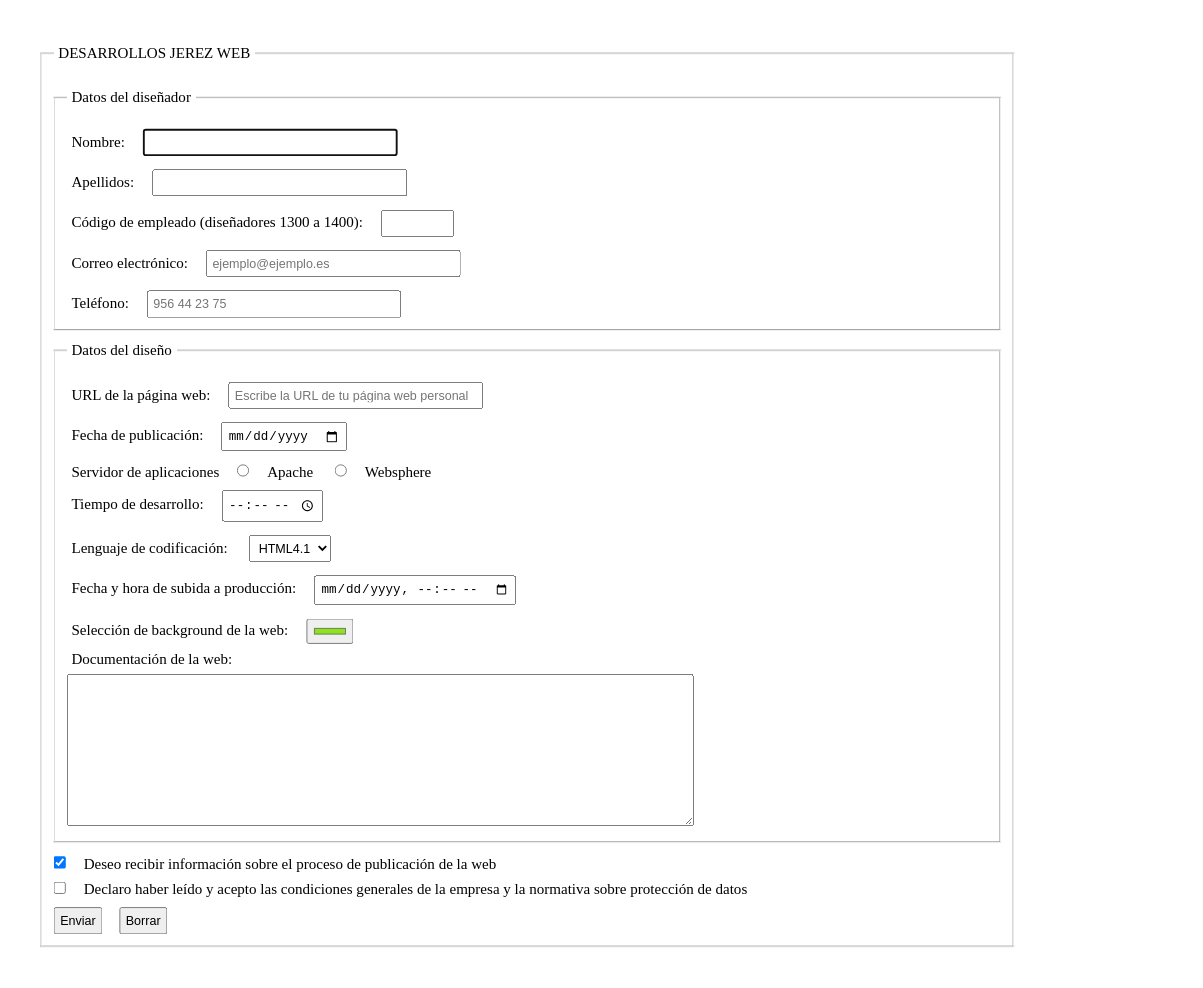
Repository: iSaan86/EV_Practica_FormularioCSS
Page: index.html
These files come from the project's save history. The page is drawn as it stood at one moment and after the next save; the edit follows.
The browser window is 1280 px wide. The pictures show the whole page, at 94% of full size.

Above is the page before, as saved 2024-01-11 17:34:09.

### index.html
<!DOCTYPE html>
<html lang="es-ES">

<head>
    <meta charset="UTF-8">
    <meta name="viewport" content="width=device-width, initial-scale=1.0">
    <meta name="keywords" content="formulario, html, css, practica">
    <meta name="description" content="Formularios">
    <meta name="author" content="Alexandra Ferrera Arenas">
    <link rel="icon" type="image/x-icon" href="img/logo-giro.png">
    <link rel="stylesheet" href="css/estilo.css">
    <title> Desarrollos JEREZ WEB </title>
</head>

<body>
    <!-- ABRO FORMULARIO -->
    <form method="get" action="" name="formulario1" id="formulario1">
        <!--AGRUPACION GENERAL-->
        <fieldset>
            <legend class="datos">DESARROLLOS JEREZ WEB</legend>
            <fieldset><legend class="datos2">Datos del diseñador</legend>
                <label for="nombre">Nombre:</label><input type="text" id="nombre" name="nombre" alt="indique su nombre" size="30%" autofocus required maxlength="50"><br>
                <label for="apellidos">Apellidos:</label><input type="text" id="apellidos" name="apellidos" alt="indique sus apellidos" size="30%" required maxlength="50"><br>
                <label for="codigo">Código de empleado (diseñadores 1300 a 1400):</label><input type="number" id="codigo" name="codigo" alt="indique su código de empleado" required min="1300" max="1400"><br>
                <label for="email">Correo electrónico:</label><input type="email" id="email" name="email" alt="indique su email" size="30%" placeholder="ejemplo@ejemplo.es" required><br>
                <label for="telefono">Teléfono:</label><input type="tel" id="telefono"  name="telefono" alt="indique su telefono" size="30%" placeholder="956 44 23 75"><br>
            </fieldset>
            <fieldset><legend class="datos2">Datos del diseño</legend>
                <label for="url">URL de la página web:</label><input type="url" id="url" name="url" alt="indique la URL de tu pagina web personal" size="30%" placeholder="Escribe la URL de tu página web personal"><br>
                <label for="fecha">Fecha de publicación:</label><input type="date" name="fecha" id="fecha"><br>
                <label for="servidor">Servidor de aplicaciones</label><input type="radio" id="apache" name="servidor" alt="verificar apache" value="Apache"><label for="hombre">Apache</label>
                <input type="radio" id="websphere" name="servidor" alt="verificar websphere" value="Websphere"><label for="mujer">Websphere</label><br>
                <label for="tiempo">Tiempo de desarrollo:</label><input type="time" name="tiempo" id="tiempo"><br>
                <label for="lenguaje">Lenguaje de codificación:</label>
                <select id="lenguaje" name="lenguaje" alt="Elija lenguaje de codificación"><br>
                    <option value="html4.1">HTML4.1</option>
                    <option value="xhtml">XHTML</option>
                    <option value="html5">HTML5</option>
                </select><br>
                <label for="fechayhora">Fecha y hora de subida a producción:</label><input type="datetime-local" name="fechayhora" size="30%"><br>
                <label for="fondo">Selección de background de la web:</label><input type="color" name="fondo" size="30%" value="#8ee41b"><br>
                <label for="areatexto">Documentación de la web:</label><br>
                <textarea name="areatexto" cols="80" rows="10"></textarea>
            </fieldset>
            <input type="checkbox" name="acepto1" id="acepto1" alt="Check acepto recibir información" checked><label for="acepto1">Deseo recibir información sobre el proceso de publicación de la web</label><br>
            <input type="checkbox" name="acepto2" id="acepto2" alt="Check acepto condiciones"><label for="acepto1">Declaro haber leído y acepto las condiciones generales de la empresa y la normativa sobre protección de datos</label><br>
            <input type="submit" value="Enviar" alt="enviar formulario">
            <input type="reset" value="Borrar" alt="Borrar formulario">




        </fieldset>
    </form>




</body>





</html>

### css/estilo.css
@charset "UTF-8";

/* Para todo el html */
*{
    padding: 5px;
    margin:7px;
}
body{
    padding-right: 13%;
}

After the next save:
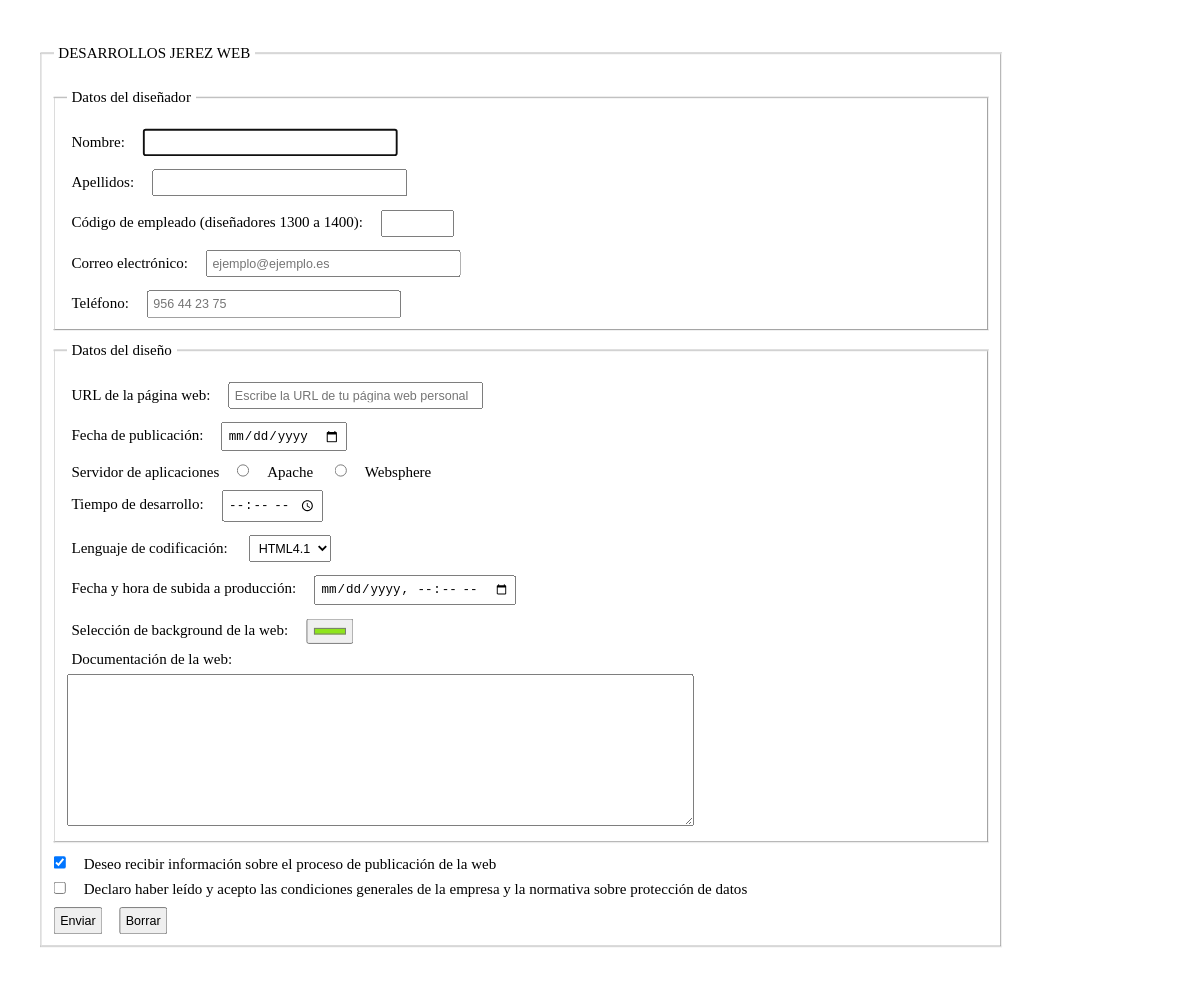
Saved 10 s later.
--- a/css/estilo.css
+++ b/css/estilo.css
@@ -6,5 +6,5 @@
     margin:7px;
 }
 body{
-    padding-right: 13%;
+    padding-right: 14%;
 }
